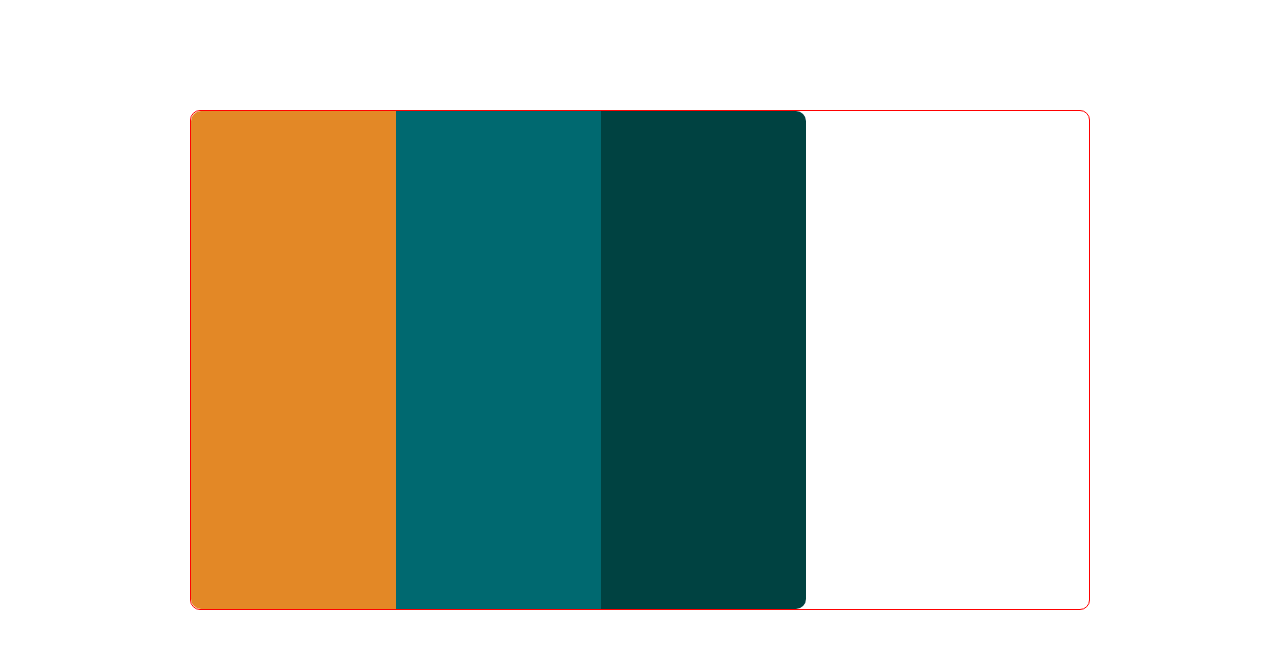
Repository: KamoliddinGIT/column-preview-card
Page: index.html
An editor plug-in stored every save of this project. The page is shown before and after the next save, followed by the edit.
The browser window is 1280 px wide. The pictures show the whole page.

Above is the page before, as saved 2023-09-15 16:29:09.

After the next save:
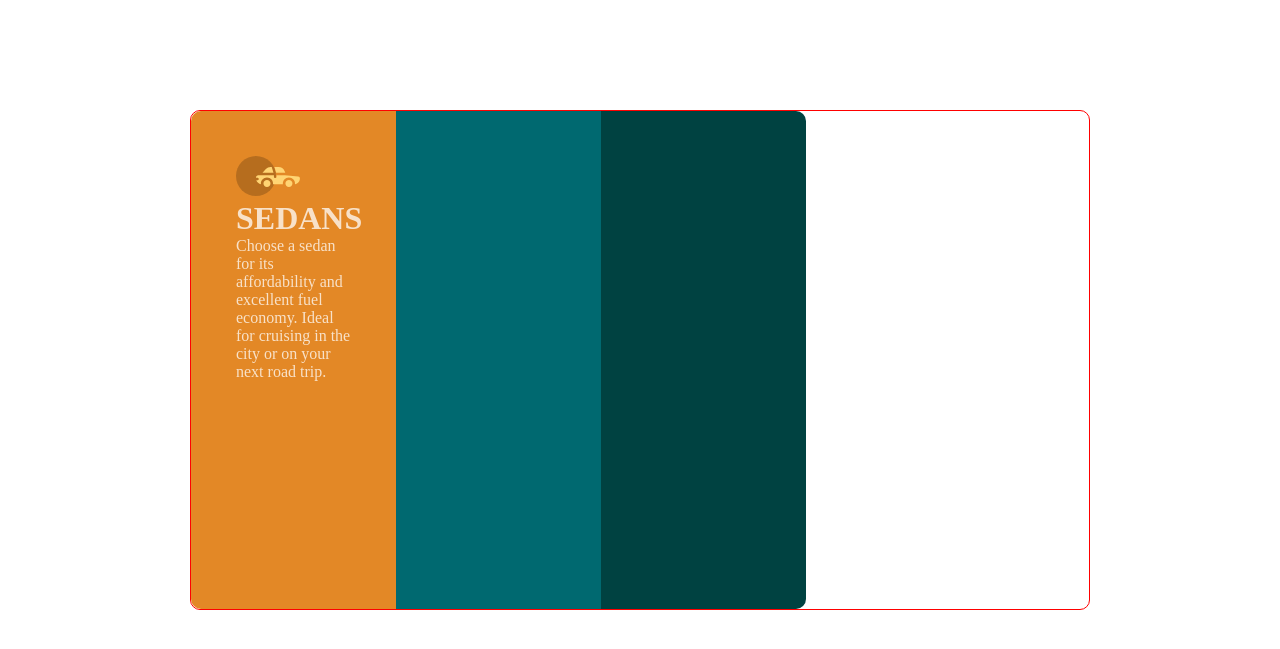
Saved 55 s later.
--- a/index.html
+++ b/index.html
@@ -14,7 +14,14 @@
   </head>
   <body>
     <div class="container">
-      <div class="card__1"></div>
+      <div class="card__1">
+        <img src="./images/icon-sedans.svg" alt="sedans" />
+        <h1>SEDANS</h1>
+        <p>
+          Choose a sedan for its affordability and excellent fuel economy. Ideal
+          for cruising in the city or on your next road trip.
+        </p>
+      </div>
       <div class="card__2"></div>
       <div class="card__3"></div>
     </div>
